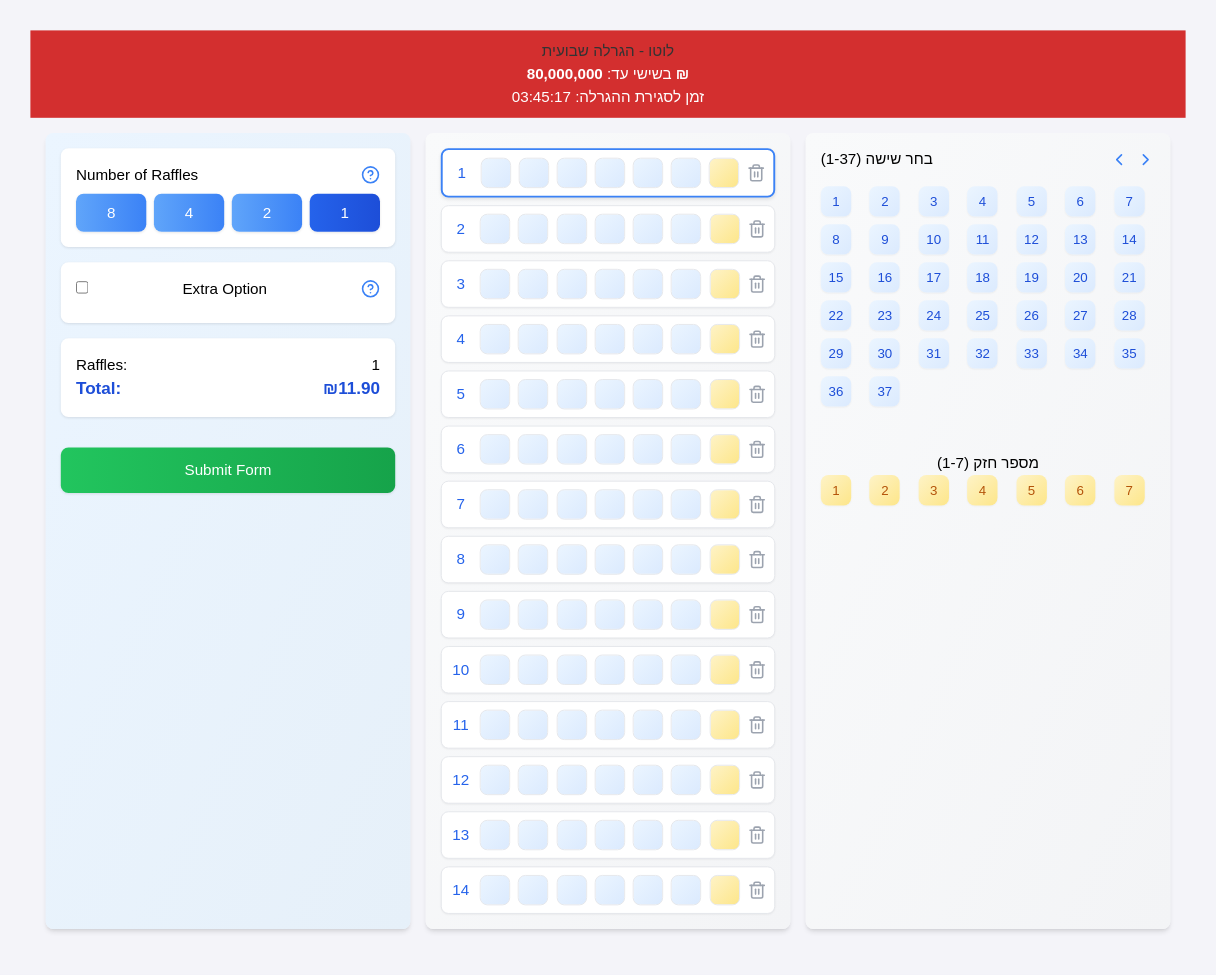
Repository: Giltih/LottoForm1
Page: /
An editor plug-in stored every save of this project. The page is shown before and after a run of saves, followed by the edit.
The browser window is 1280 px wide. The pictures show the whole page, at 95% of full size.
The project was rebuilt for these pictures with package versions that can differ from the ones it lists, and the page was loaded fresh each time. Also part of the build but not shown: vite.config.ts.

Above is the page before, as saved 2025-02-20 13:15:20.

After the next 18 saves:
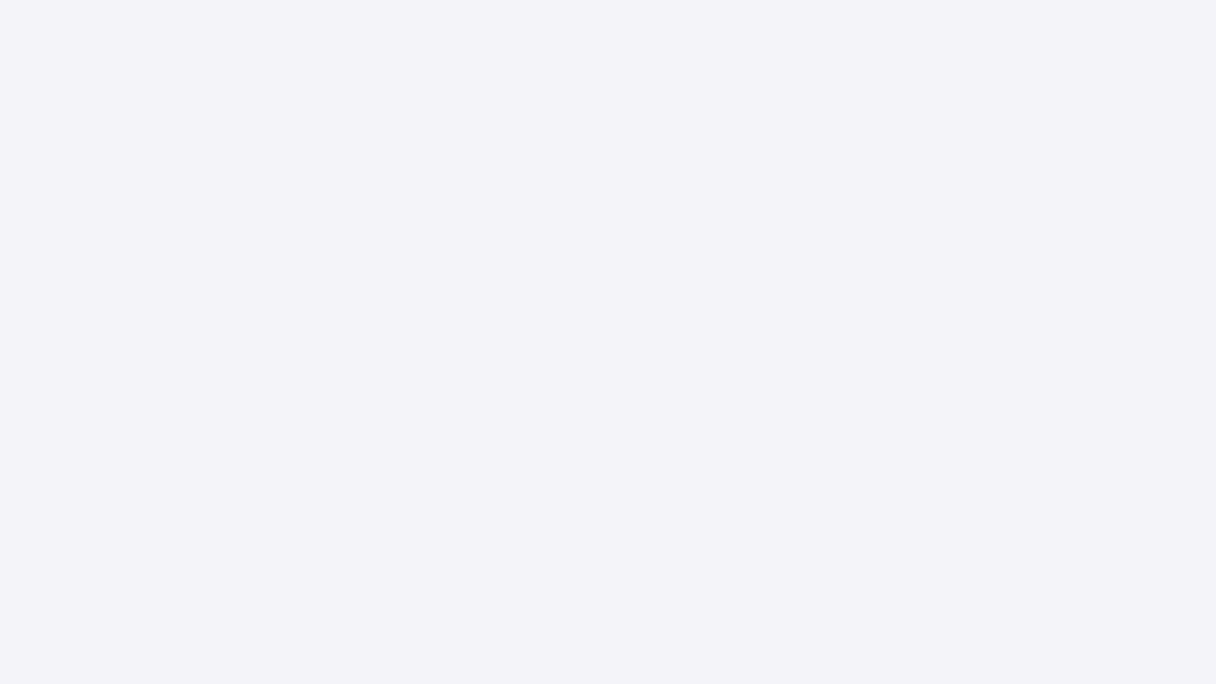
Console error: ReferenceError: get is not defined
The 18 saves are shown as one change because 2 did not build or start and some came seconds apart.
The last was saved 98 s later.
--- a/src/components/LotteryInterface.tsx
+++ b/src/components/LotteryInterface.tsx
@@ -188,7 +188,7 @@
               <span className="table-number">{tableIndex + 1}</span>
               <div className="number-grid">
                 {table.regular.map((num, i) => (
-                  <div key={i} className="regular-number">
+                  <div key={i} className={get} >
                     {num}
                   </div>
                 ))}

After the 2 saves that followed:
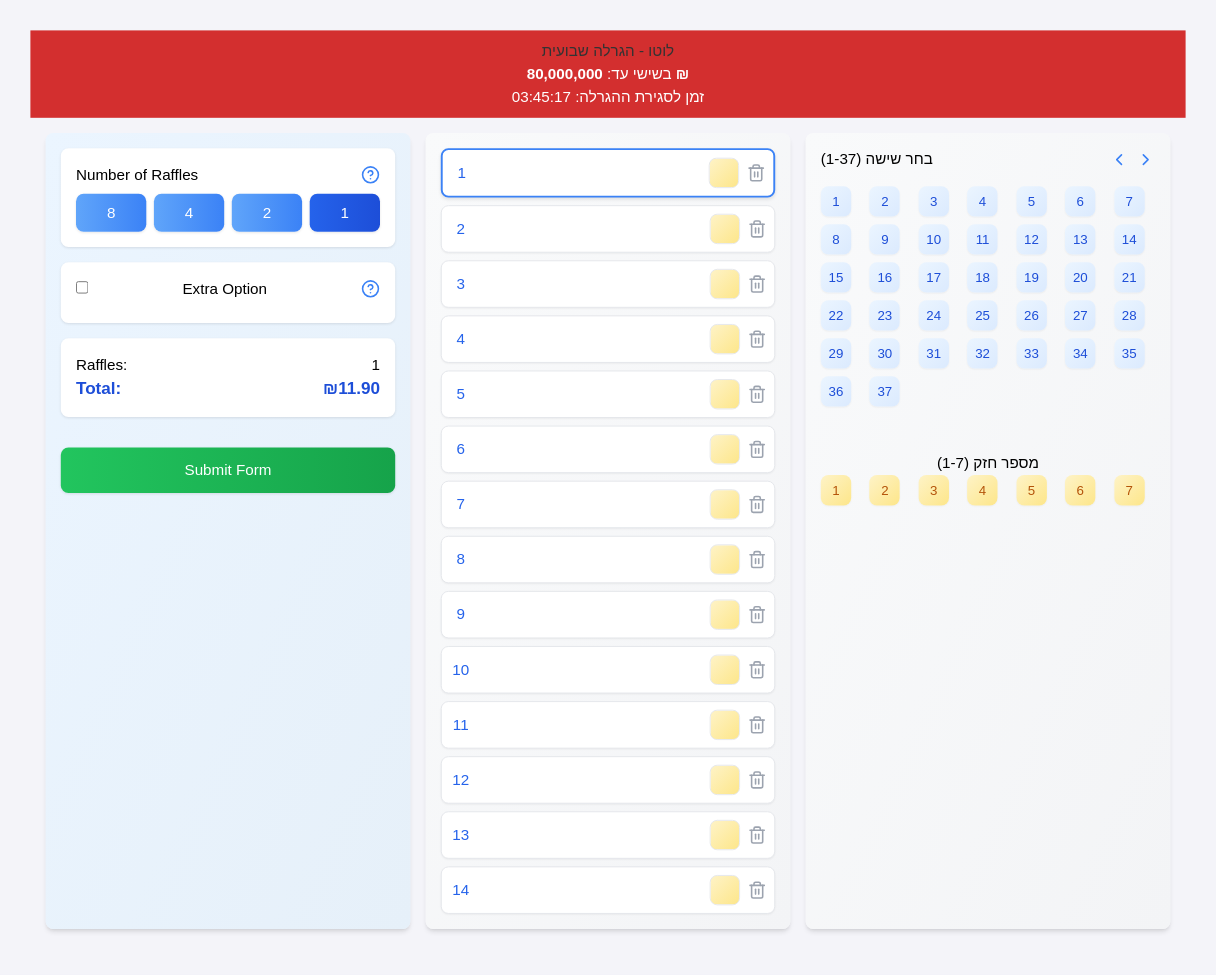
The error is gone.
The 2 saves are shown as one change because they came seconds apart.
The last was saved 7 s later.
--- a/src/components/LotteryInterface.tsx
+++ b/src/components/LotteryInterface.tsx
@@ -188,7 +188,7 @@
               <span className="table-number">{tableIndex + 1}</span>
               <div className="number-grid">
                 {table.regular.map((num, i) => (
-                  <div key={i} className={get} >
+                  <div key={i} className={getNumberClass}>
                     {num}
                   </div>
                 ))}
